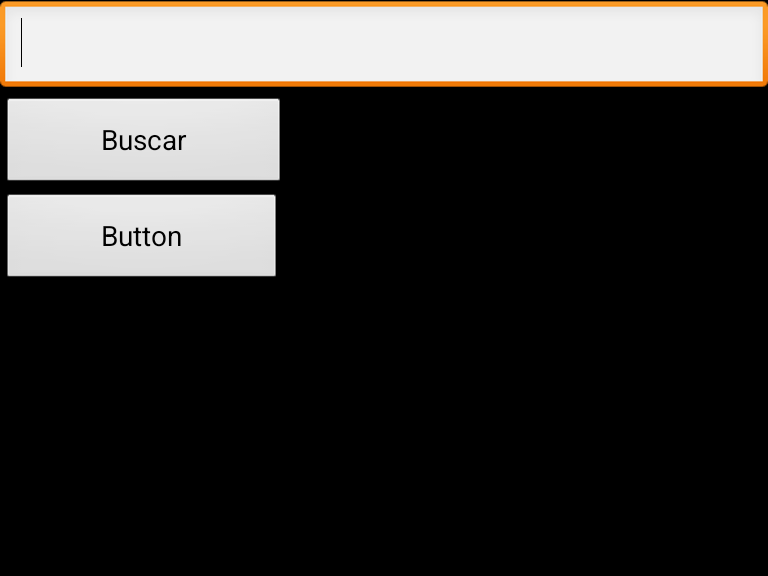
Repository: GustavoLucon/Archives
Layout: 4 park/TCC/com.parkhere.main.ParkHereActivity/res/layout/mapa.xml
These files come from the project's save history. The layout is drawn as it stood at one moment and after the next save; the edit follows.
The pictures show rows 704 to 1280 of an output 1280 px tall.
It is drawn on a 768 x 1280 px phone screen (xhdpi) without system bars, with theme android:Theme; the app's code is not run.

Above is the layout before, as saved 2012-10-26 06:24:59.

### 4 park/TCC/com.parkhere.main.ParkHereActivity/res/layout/mapa.xml
<?xml version="1.0" encoding="utf-8"?>
<LinearLayout xmlns:android="http://schemas.android.com/apk/res/android"
    android:layout_width="fill_parent"
    android:layout_height="match_parent"
    android:orientation="vertical" >




        <com.google.android.maps.MapView
            xmlns:android="http://schemas.android.com/apk/res/android"
            android:id="@+id/mapview"
            android:layout_width="fill_parent"
            android:layout_height="352dp"
            android:apiKey="0ROJIOjju_Ecb4kKxbEz2IunPJJQRL0BJK1slAQ"
            android:clickable="true" />


        <EditText
            android:id="@+id/buscarTxt"
            android:layout_width="match_parent"
            android:layout_height="wrap_content"
            android:ems="10" >

            <requestFocus />
        </EditText>






        <Button
            android:id="@+id/buscar"
            android:layout_width="144dp"
            android:layout_height="wrap_content"
            android:text="Buscar" />

        <Button
            android:id="@+id/button1"
            android:layout_width="142dp"
            android:layout_height="wrap_content"
            android:text="Button" />

</LinearLayout>

After the next save:
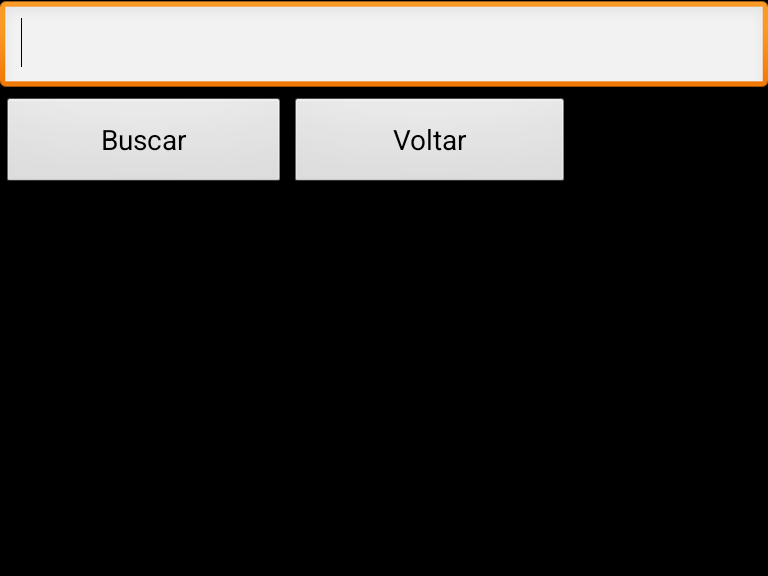
Saved 5 min 27 s later.
--- a/4 park/TCC/com.parkhere.main.ParkHereActivity/res/layout/mapa.xml
+++ b/4 park/TCC/com.parkhere.main.ParkHereActivity/res/layout/mapa.xml
@@ -29,6 +29,10 @@
 
 
 
+<LinearLayout
+        android:layout_width="fill_parent"
+        android:layout_height="wrap_content"
+        android:orientation="horizontal" >
 
         <Button
             android:id="@+id/buscar"
@@ -37,9 +41,11 @@
             android:text="Buscar" />
 
         <Button
-            android:id="@+id/button1"
+            android:id="@+id/Voltar"
             android:layout_width="142dp"
             android:layout_height="wrap_content"
-            android:text="Button" />
+            android:text="Voltar" />
 
 </LinearLayout>
+
+</LinearLayout>
